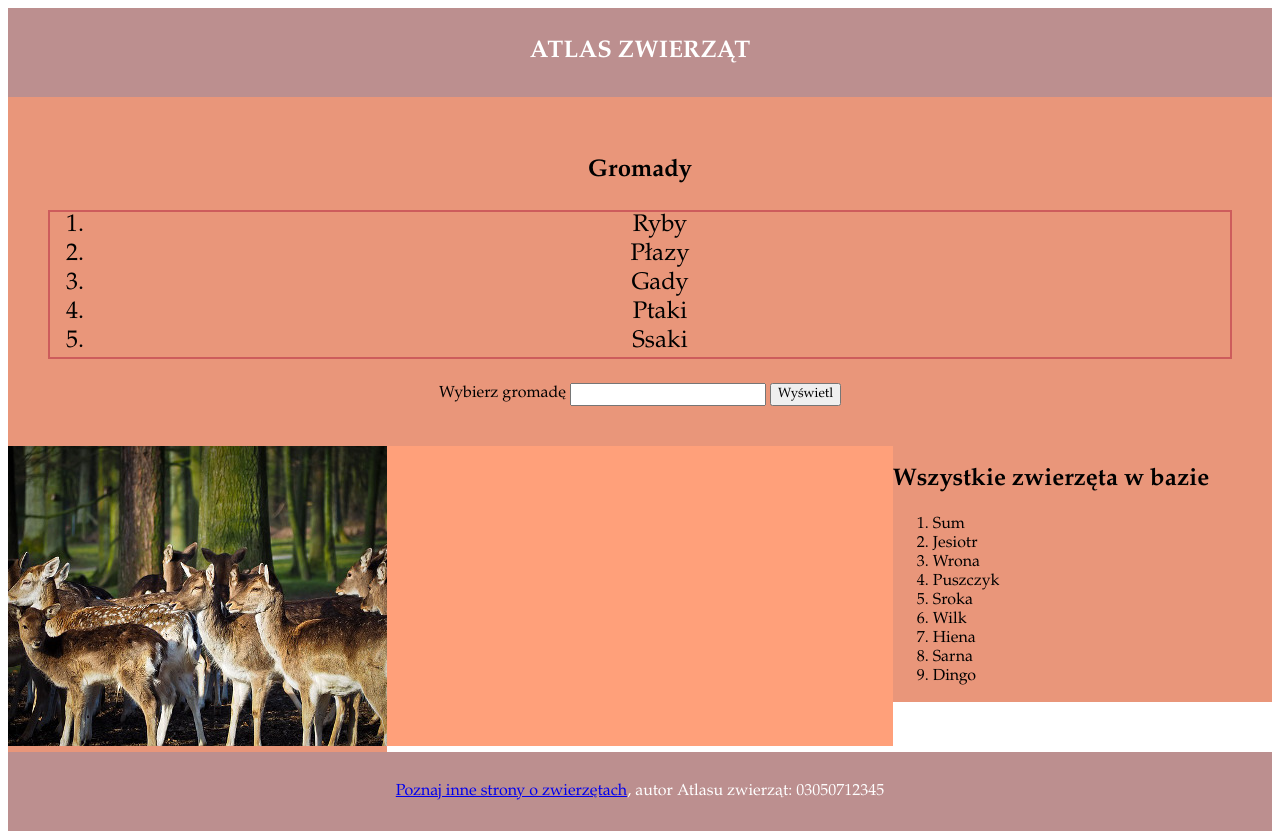
Repository: Lenerystia/HTML
Page: Zad.egz_3/index.html
These files come from the project's save history. The page is drawn as it stood at one moment and after the next save; the edit follows.
The browser window is 1280 px wide. The pictures show the whole page.

Above is the page before, as saved 2021-12-22 14:01:30.

After the next save:
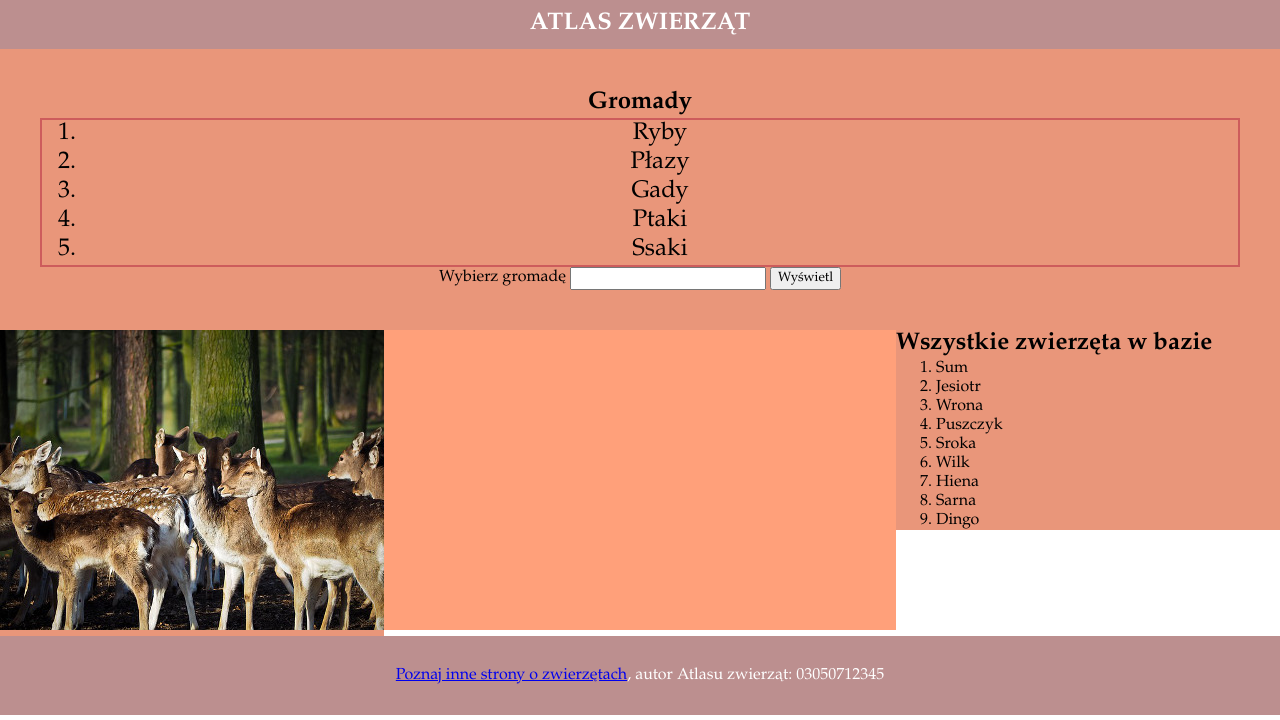
Saved 3 min 4 s later.
--- a/Zad.egz_3/styl3.css
+++ b/Zad.egz_3/styl3.css
@@ -1,5 +1,6 @@
 *{
     font-family: Garamond;
+    margin: 0
 }
 .baner{
     background-color: rosybrown;
